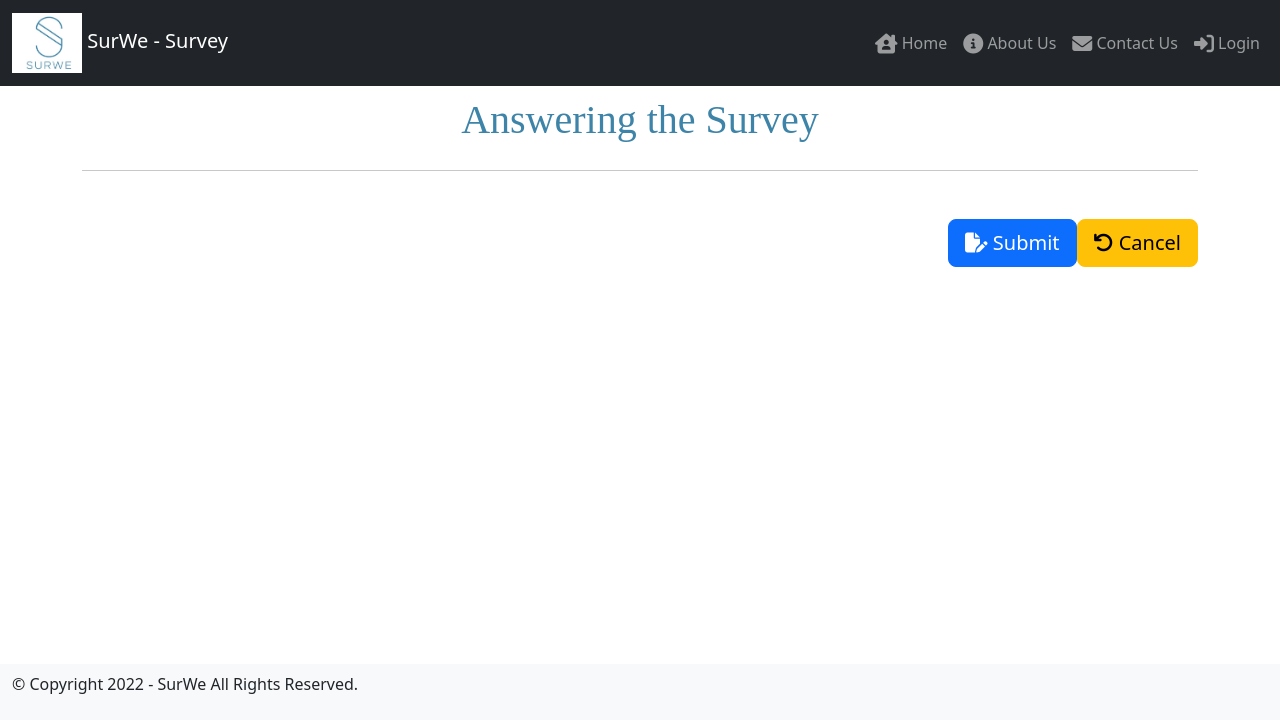
Repository: ryanchandata/comp229-m2022-group6-frontend
Page: /answer
The author's editor kept a copy of each file at every save. The page is drawn from the files as they stood at one save, then again after the next save.
The browser window is 1280 px wide. The pictures show the whole page.
The page's requests for data from a server got no answer. The project was rebuilt for these pictures with package versions that can differ from the ones it lists, and the page was loaded fresh each time. No one was signed in, and anything a server would have sent is missing. Also part of the build but not shown: src/content/home.tsx, src/content/about.tsx, src/content/contact.tsx, src/survey-list/landing.tsx, src/survey-list/add.tsx, src/survey-list/edit.tsx, src/content/PageNotFound.tsx, src/authentication/login.tsx and 4 more.

Above is the page before, as saved 2022-08-13 22:39:08.

After the next save:
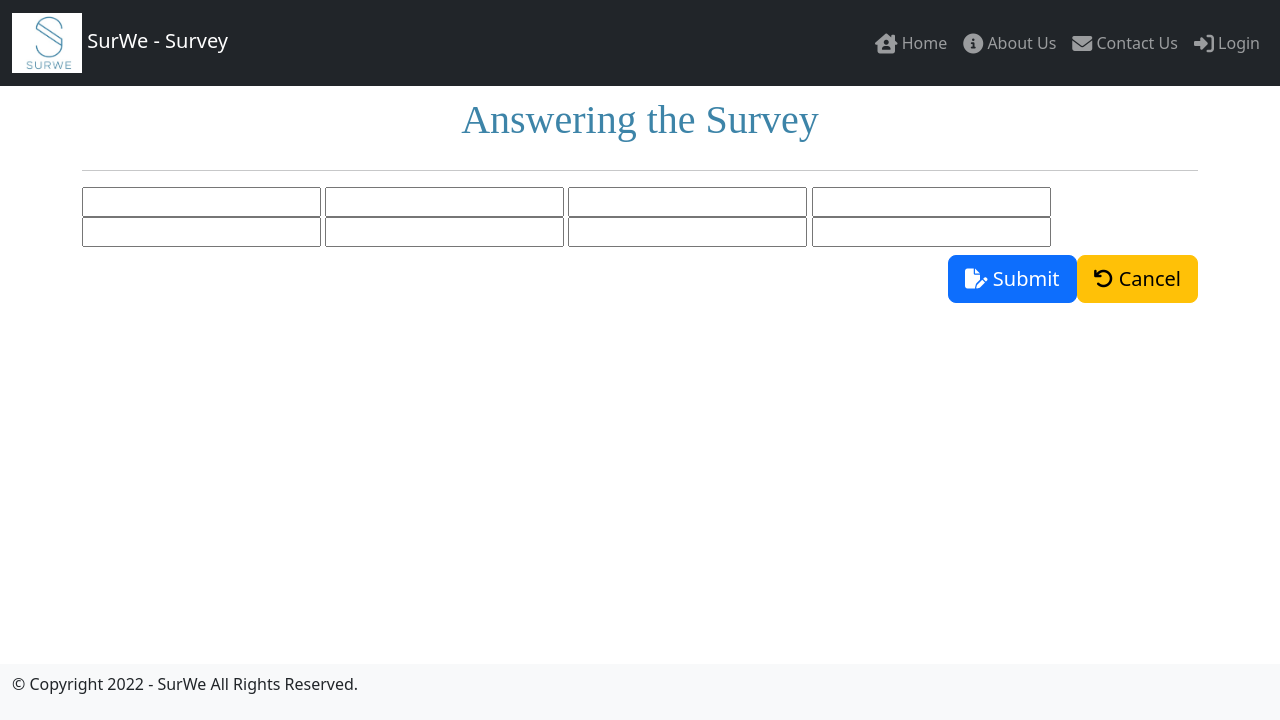
Saved 2 min 20 s later.
--- a/src/survey-list/answer.tsx
+++ b/src/survey-list/answer.tsx
@@ -99,16 +99,16 @@ export default function Answer()
                 <div className="form-group">
                     <label htmlFor="name"> {name} </label>
                     <label htmlFor="question1"> {question1} </label>
-                    <label htmlFor="optiondetails1_1"> {optiondetails1_1} </label>
-                    <label htmlFor="optiondetails1_2"> {optiondetails1_2} </label>
-                    <label htmlFor="optiondetails1_3"> {optiondetails1_3} </label>
-                    <label htmlFor="optiondetails1_4"> {optiondetails1_4} </label>
+                    <input type= { optionType1 } /> {optiondetails1_1}
+                    <input type= { optionType1 } /> {optiondetails1_2}
+                    <input type= { optionType1 } /> {optiondetails1_3}
+                    <input type= { optionType1 } /> {optiondetails1_4}
 
                     <label htmlFor="question2"> {question2} </label>
-                    <label htmlFor="optiondetails2_1"> {optiondetails2_1} </label>
-                    <label htmlFor="optiondetails2_2"> {optiondetails2_2} </label>
-                    <label htmlFor="optiondetails2_3"> {optiondetails2_3} </label>
-                    <label htmlFor="optiondetails2_4"> {optiondetails2_4} </label>
+                    <input type= { optionType2 } /> {optiondetails2_1}
+                    <input type= { optionType2 } /> {optiondetails2_2}
+                    <input type= { optionType2 } /> {optiondetails2_3}
+                    <input type= { optionType2 } /> {optiondetails2_4}
 
                 </div>
 
